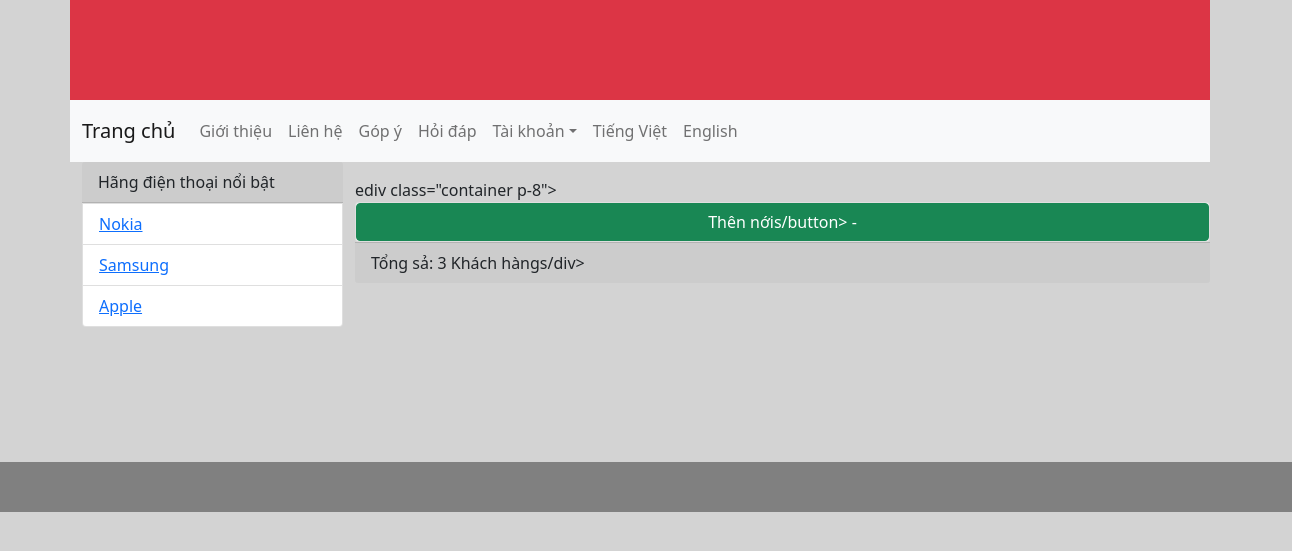
Repository: minhtu5502/fontendFamework
Page: day1 copy/demotab.html
These files come from the project's save history. The page is drawn as it stood at one moment and after the next save; the edit follows.
The browser window is 1280 px wide. The page is 1292 px wide, so the pictures cover 1292 px, including what lies to the right of the window. The pictures show the whole page.

Above is the page before, as saved 2022-01-11 14:45:28.

After the next save:
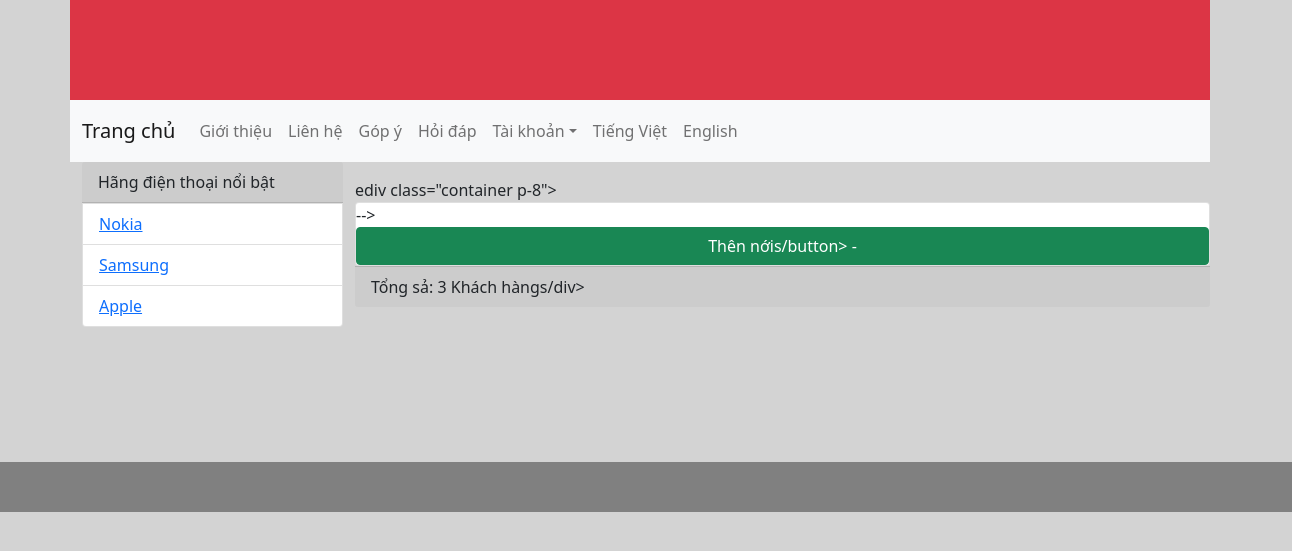
Saved 13 s later.
--- a/day1 copy/demotab.html
+++ b/day1 copy/demotab.html
@@ -89,7 +89,7 @@
             <article class="col-12 col-md-9 p-0 pt-3">
                 ediv class="container p-8">
                 <div class="card"
-                  <div class="card-header">
+                  <!-- <div class="card-header"> -->
                       <button class="btn btn-success">Thên nớis/button>
                    </diva
                   <div class="table-responsive">-
